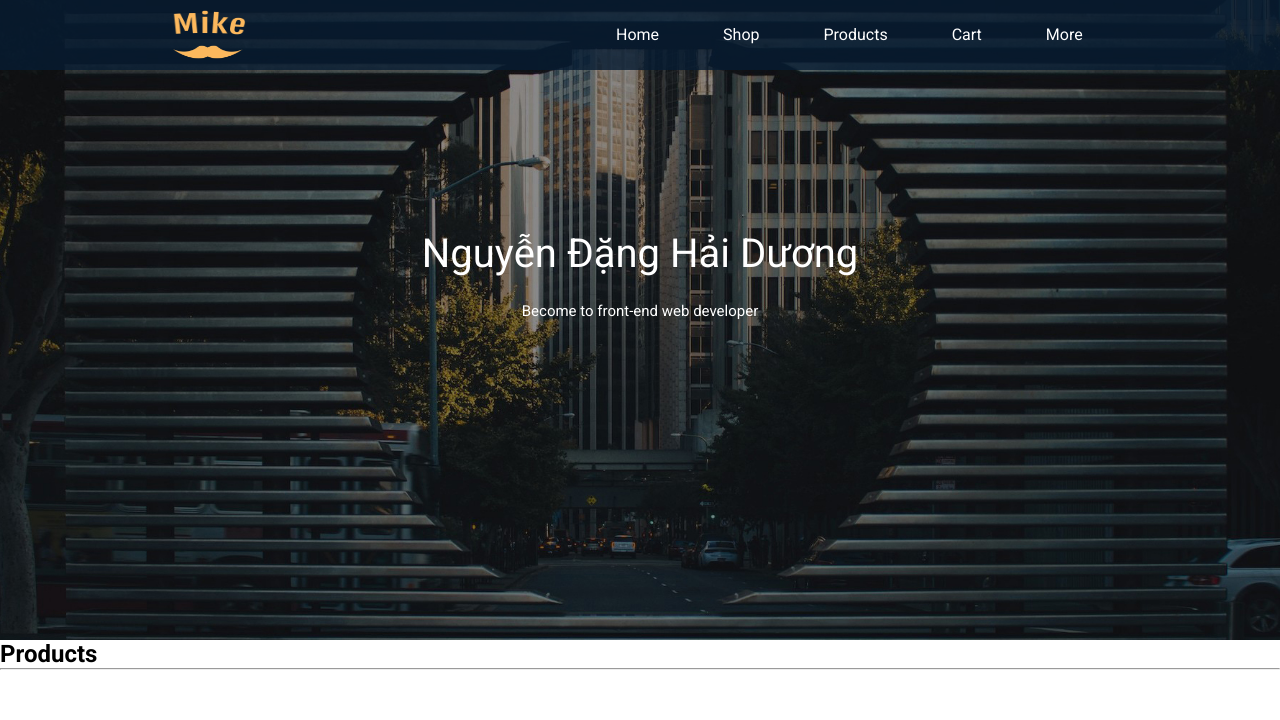
Repository: haiduong7499/Personal-Profile
Page: index.html
These files come from the project's save history. The page is drawn as it stood at one moment and after the next save; the edit follows.
The browser window is 1280 px wide. The pictures show the whole page.

Above is the page before, as saved 2021-02-28 14:44:50.

After the next save:
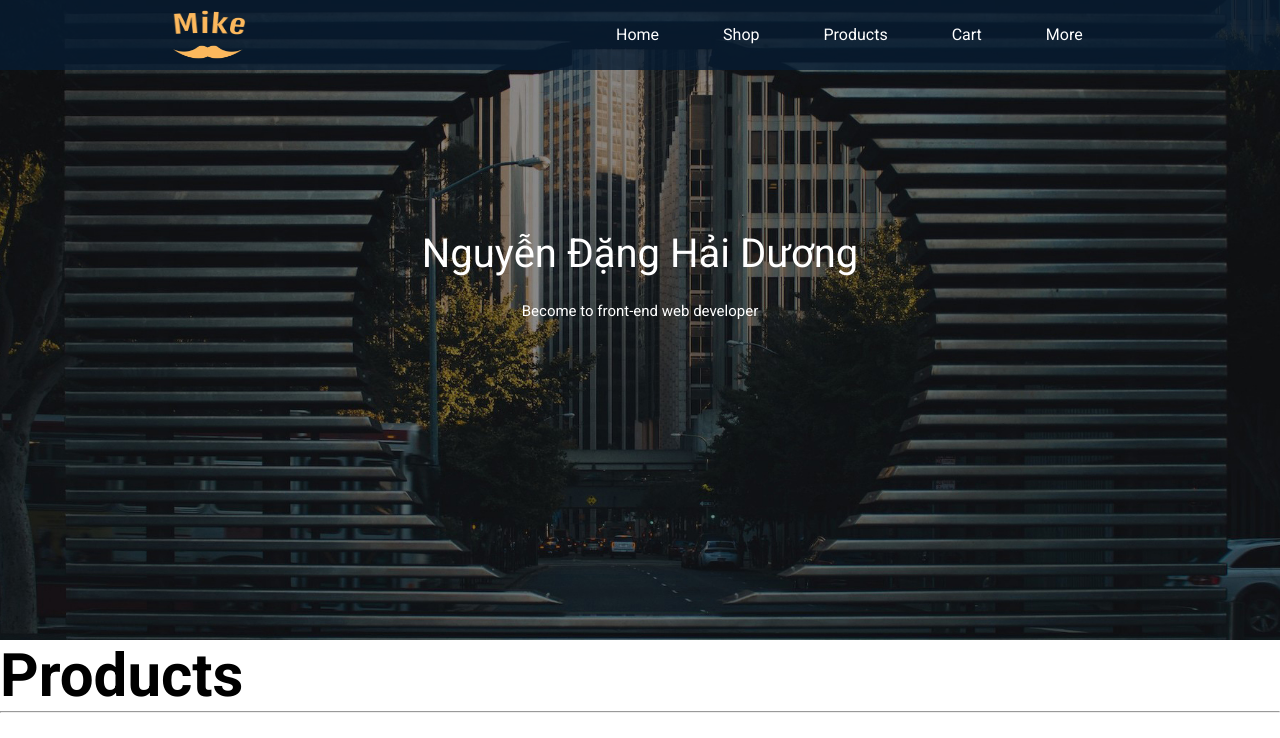
Saved 5 s later.
--- a/style/style.css
+++ b/style/style.css
@@ -54,7 +54,7 @@
     text-align: center;
     color: #fff;
 }
-#parallax .content-heading{
+.content-heading{
     margin-bottom: 25px;
     font-weight: 500;
     font-size: 40px;

After the save that followed:
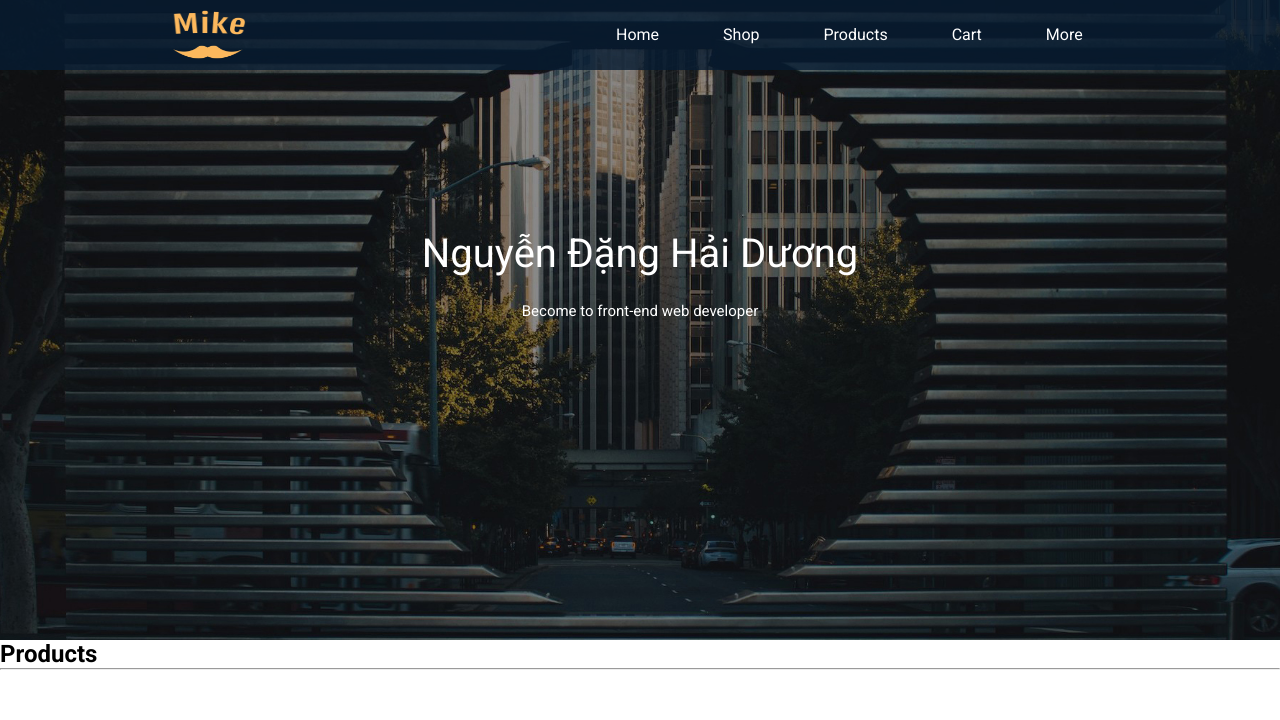
Saved 8 s later.
--- a/style/style.css
+++ b/style/style.css
@@ -54,7 +54,7 @@
     text-align: center;
     color: #fff;
 }
-.content-heading{
+#parallax .content-heading{
     margin-bottom: 25px;
     font-weight: 500;
     font-size: 40px;
